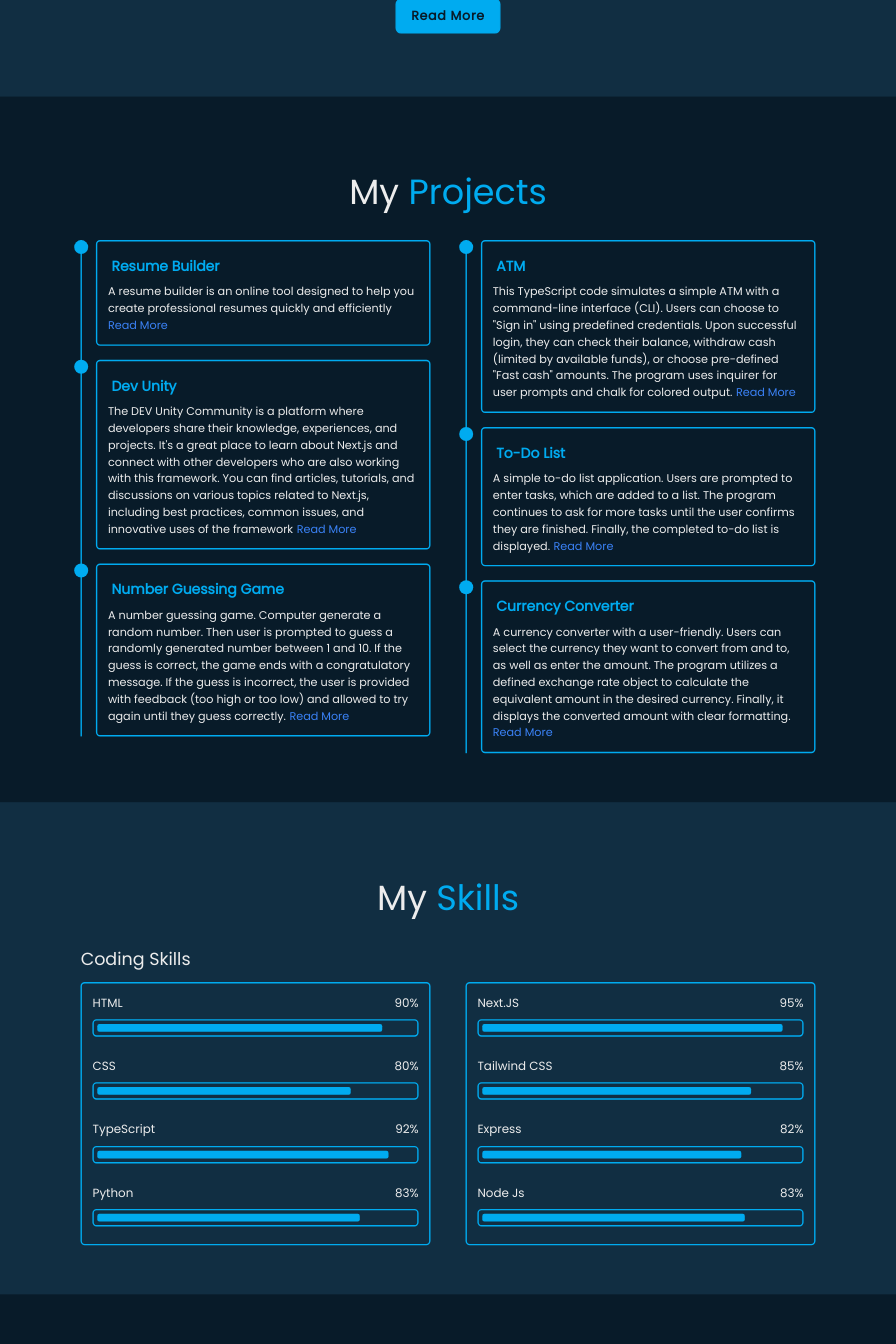
Repository: asadullah48/nextjs_projects_portfolio
Page: /
These files come from the project's save history. The page is drawn as it stood at one moment and after the next save; the edit follows.
The browser window is 1280 px wide. The pictures show the part of the page from y = 1520 to 3440 px (the page is 4258 px tall), at 70% of full size.
The project was rebuilt for these pictures with package versions that can differ from the ones it lists, and the page was loaded fresh each time. The framework's server and built-in components were replaced by stand-ins that run in the browser. Also part of the build but not shown: next.config.ts.

Above is the page before, as saved 2024-11-13 14:06:15.

After the next save:
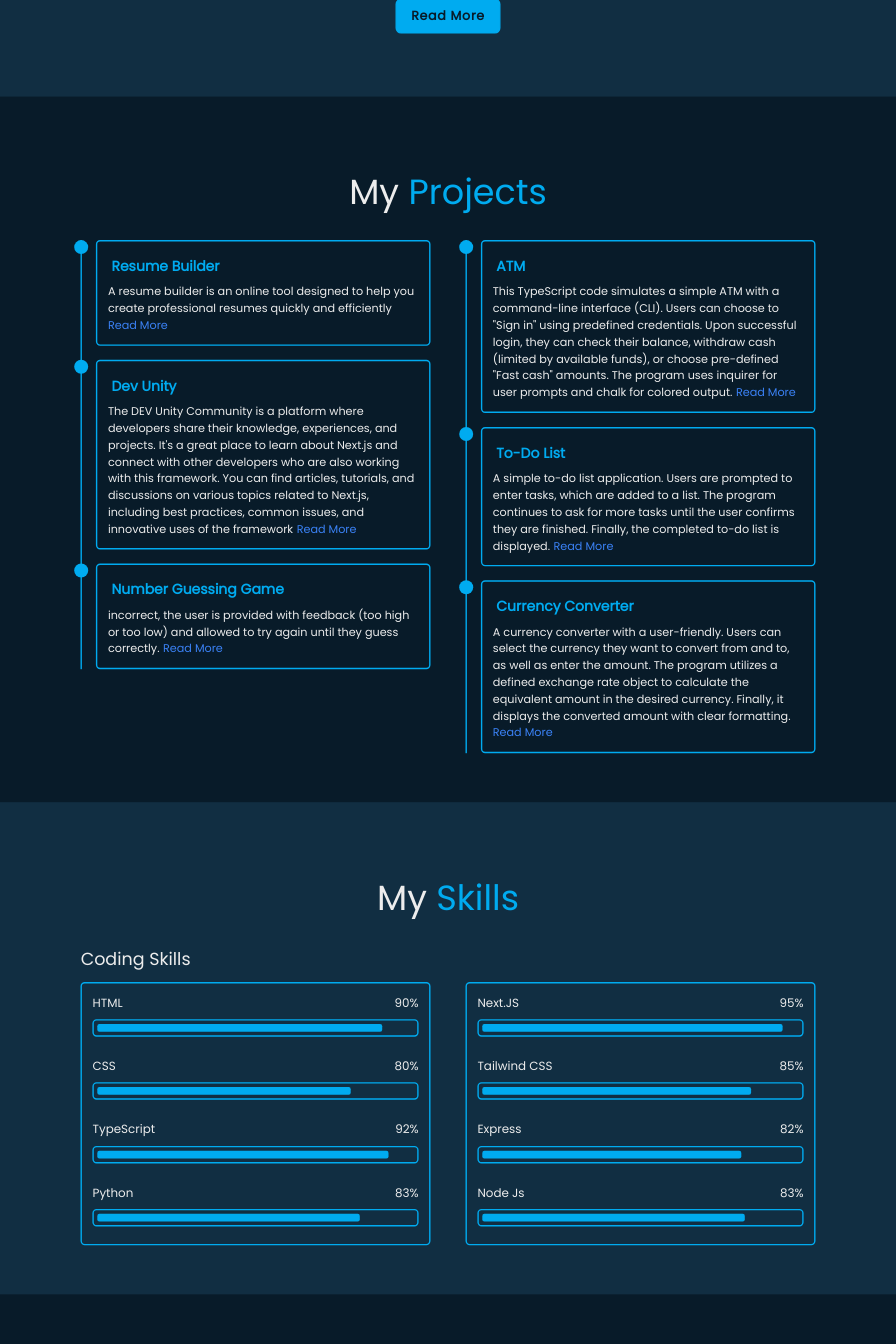
Saved 39 min 6 s later.
--- a/src/app/page.tsx
+++ b/src/app/page.tsx
@@ -280,8 +280,7 @@ active:text-[var(--main-color)]"
                     <h3>Number Guessing Game</h3>
                   </div>
                   <p>
-                  A number guessing game. Computer generate a random number.
-                  Then user is prompted to guess a randomly generated number between 1 and 10. If the guess is correct, the game ends with a congratulatory message. If the guess is incorrect, the user is provided with feedback (too high or too low) and allowed to try again until they guess correctly.
+                   incorrect, the user is provided with feedback (too high or too low) and allowed to try again until they guess correctly.
                     <Link
                       href=""
                       className="text-blue-500 hover:underline ml-2"
